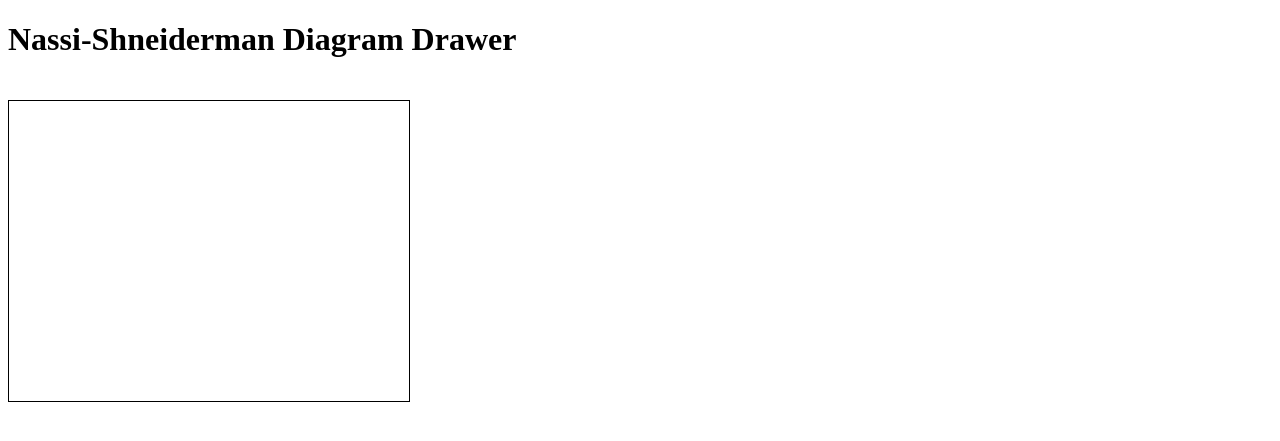
Repository: fabsch225/Nassi-Shneiderman-Compiler
Page: demo.html
An editor plug-in stored every save of this project. The page is shown before and after the next save, followed by the edit.
The browser window is 1280 px wide. The pictures show the whole page.

Above is the page before, as saved 2024-05-15 20:52:52.

### demo.html
<!DOCTYPE html>
<html lang="en">
<head>
<meta charset="UTF-8">
<meta name="viewport" content="width=device-width, initial-scale=1.0">
<title>Nassi-Shneiderman Diagram Drawer</title>
<style>
    svg {
        border: 1px solid black;
        margin: 20px auto;
    }
</style>
</head>
<body>
<h1>Nassi-Shneiderman Diagram Drawer</h1>
<div id="canvas"></div>

<script>
    function drawBox(x, y, width, height, text) {
        var rect = document.createElementNS("http://www.w3.org/2000/svg", "rect");
        rect.setAttribute("x", x);
        rect.setAttribute("y", y);
        rect.setAttribute("width", width);
        rect.setAttribute("height", height);
        rect.setAttribute("stroke", "black");
        rect.setAttribute("fill", "white");

        var textElem = document.createElementNS("http://www.w3.org/2000/svg", "text");
        textElem.setAttribute("x", x + 5);
        textElem.setAttribute("y", y + height / 2);
        textElem.setAttribute("font-size", "12px");
        textElem.textContent = text;

        var svg = document.getElementById('canvas');
        svg.appendChild(rect);
        svg.appendChild(textElem);
    }

    function drawDiamond(x, y, width, height, text) {
        var polygon = document.createElementNS("http://www.w3.org/2000/svg", "polygon");
        var points = `${x},${y + height / 2} ${x + width / 2},${y} ${x + width},${y + height / 2} ${x + width / 2},${y + height}`;
        polygon.setAttribute("points", points);
        polygon.setAttribute("stroke", "black");
        polygon.setAttribute("fill", "white");

        var textElem = document.createElementNS("http://www.w3.org/2000/svg", "text");
        textElem.setAttribute("x", x + 5);
        textElem.setAttribute("y", y + height / 2);
        textElem.setAttribute("font-size", "12px");
        textElem.textContent = text;

        var svg = document.getElementById('canvas');
        svg.appendChild(polygon);
        svg.appendChild(textElem);
    }

    function drawIfStatement(x, y) {
        drawBox(x, y, 100, 50, 'Condition');
        drawDiamond(x + 50, y + 50, 100, 100, 'Yes');
        drawDiamond(x + 50, y + 150, 100, 100, 'No');
    }

    function drawWhileLoop(x, y) {
        drawBox(x, y, 100, 50, 'Condition');
        drawDiamond(x + 50, y + 50, 100, 100, 'Loop');
    }

    // Example usage
    drawIfStatement(50, 50);
    drawWhileLoop(250, 50);
</script>
<svg id="canvas" width="400" height="300"></svg>
</body>
</html>

After the next save:
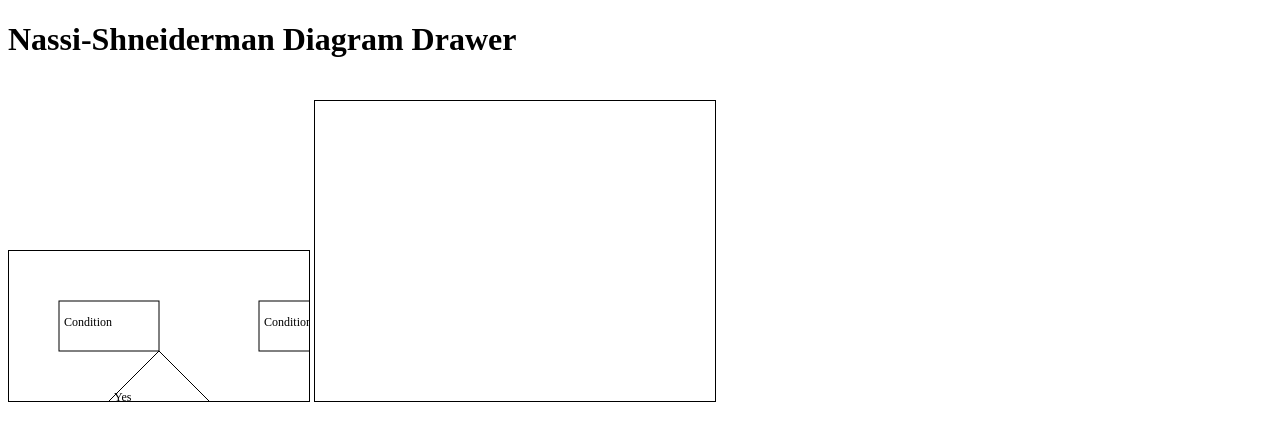
Saved 2 min 29 s later.
--- a/demo.html
+++ b/demo.html
@@ -13,7 +13,7 @@
 </head>
 <body>
 <h1>Nassi-Shneiderman Diagram Drawer</h1>
-<div id="canvas"></div>
+<svg id="canvas"></svg>
 
 <script>
     function drawBox(x, y, width, height, text) {

After the save that followed:
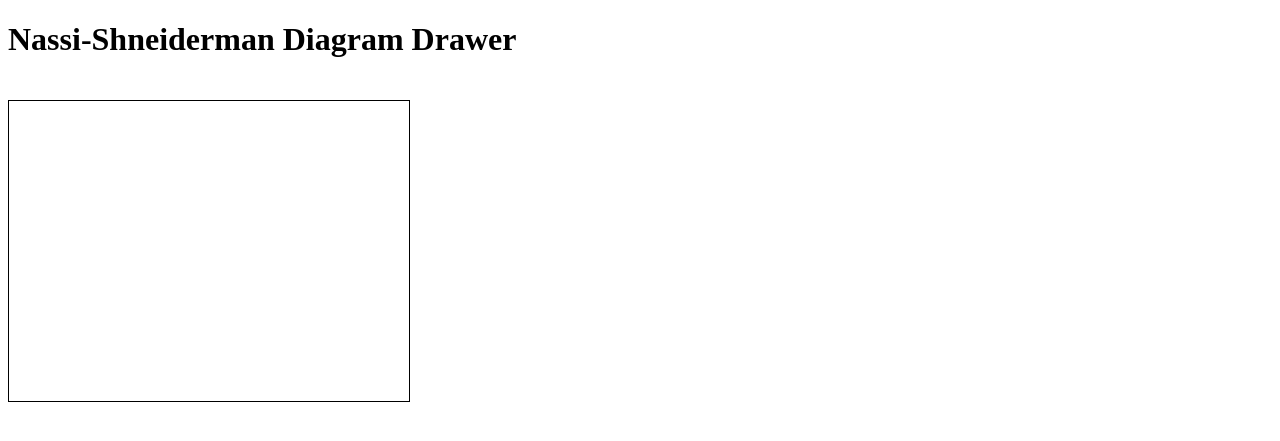
Console error: TypeError: Cannot read properties of null (reading 'appendChild')
Saved 13 s later.
--- a/demo.html
+++ b/demo.html
@@ -13,7 +13,6 @@
 </head>
 <body>
 <h1>Nassi-Shneiderman Diagram Drawer</h1>
-<svg id="canvas"></svg>
 
 <script>
     function drawBox(x, y, width, height, text) {
